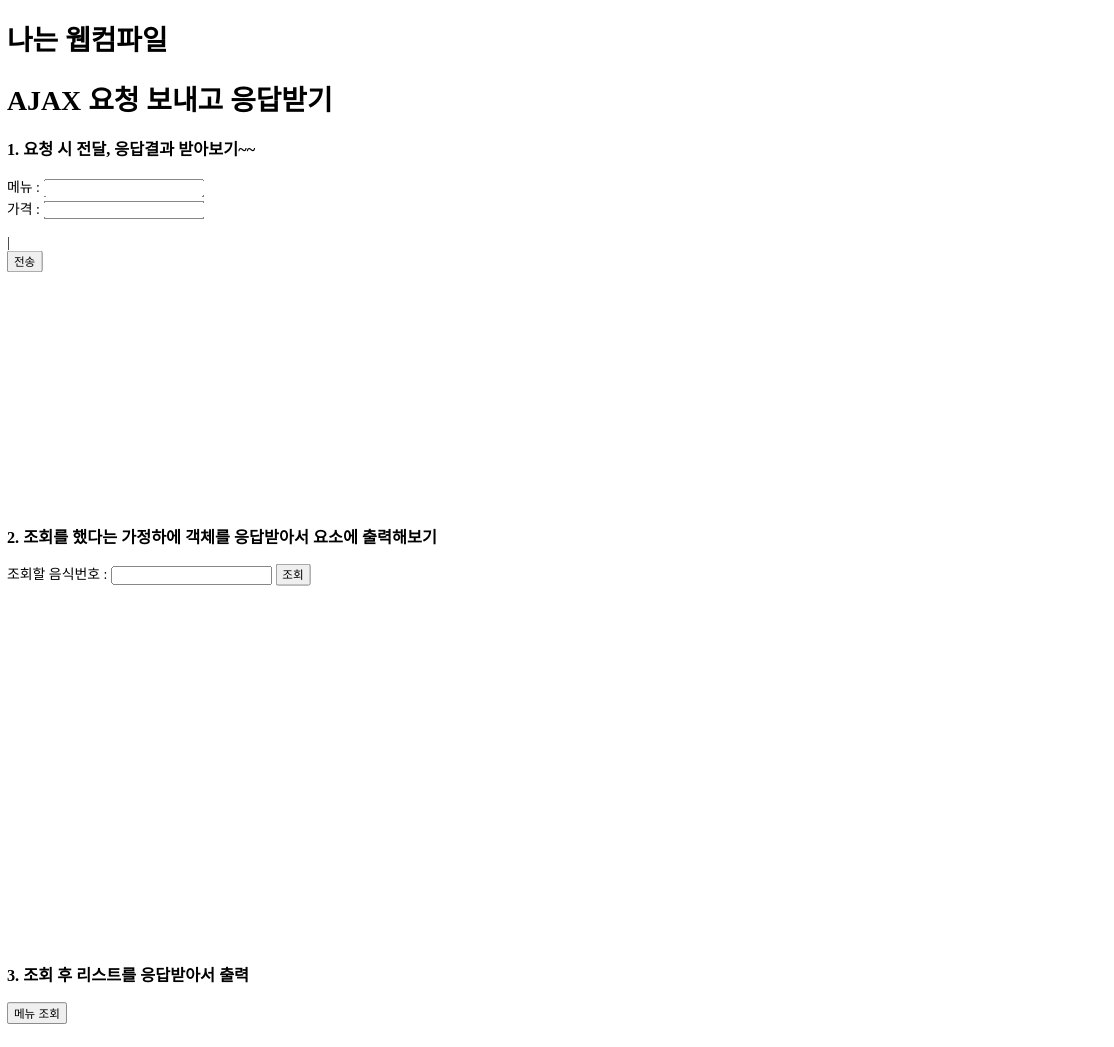
Repository: LeeSeongWook1/semi_Spring
Page: http://localhost/ajaxProject/
These files come from the project's save history. The page is drawn as it stood at one moment and after the next save; the edit follows.
The browser window is 1280 px wide. The pictures show the whole page, at 87% of full size.
The page is served by Tomcat 9. Nobody is signed in. The application's start-up code is not run.

Above is the page before, as saved 2024-04-22 08:15:39.

After the next save:
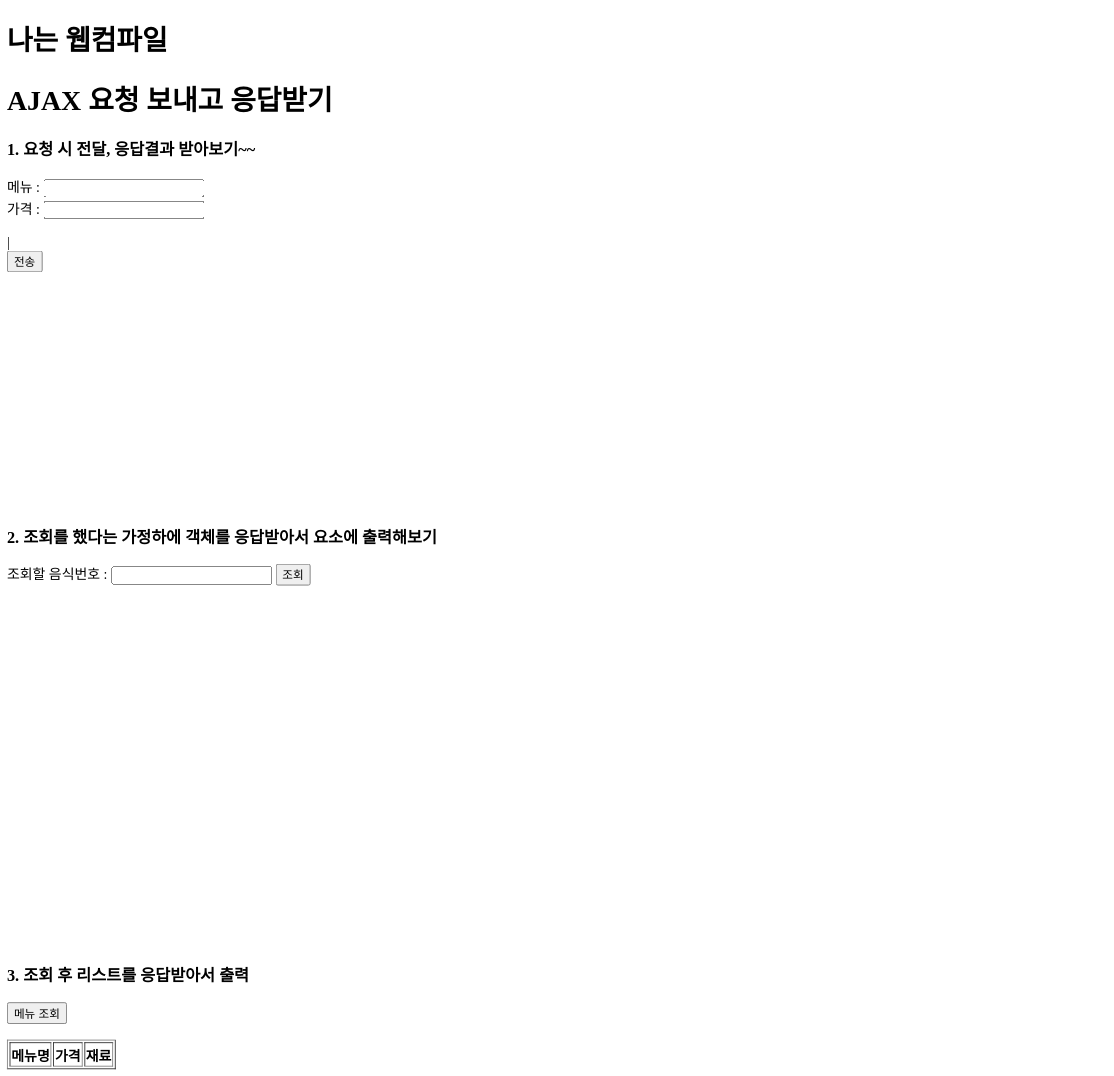
Saved 115 s later.
--- a/ajaxProject/src/main/webapp/index.jsp
+++ b/ajaxProject/src/main/webapp/index.jsp
@@ -85,8 +85,18 @@
 <h3>3. 조회 후 리스트를 응답받아서 출력</h3>
 
 <button id="test3();">메뉴 조회</button>
-
 <br><br>
 
+<table border= "1" id="result3">
+	<thead>
+		<tr>
+			<th>메뉴명</th>
+			<th>가격</th>
+			<th>재료</th>
+		</tr>
+	</thead>
+	<tbody>
+	</tbody>
+</table>
 </body>
 </html>
